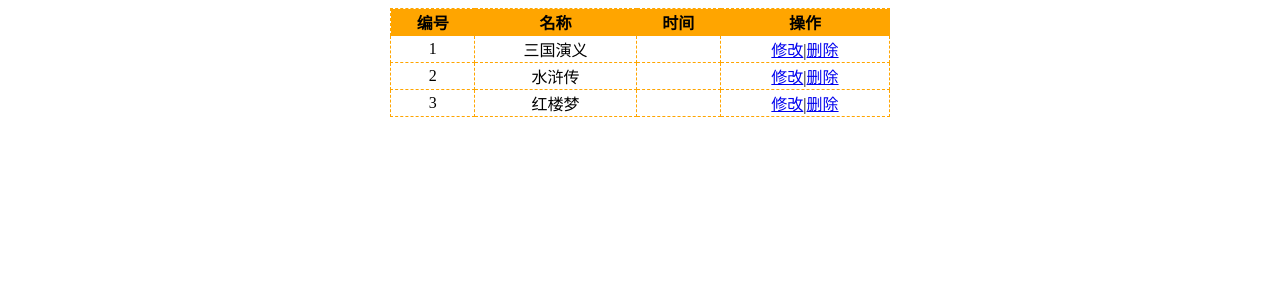
Repository: wjiawei97/FrontEndExercises
Page: 8. book_manegement/index.html
An editor plug-in stored every save of this project. The page is shown before and after the next save, followed by the edit.
The browser window is 1280 px wide. The pictures show the whole page.

Above is the page before, as saved 2021-08-22 12:13:00.

### 8. book_manegement/index.html
<!DOCTYPE html>
<html lang="en">
<head>
    <meta charset="UTF-8">
    <meta http-equiv="X-UA-Compatible" content="IE=edge">
    <meta name="viewport" content="width=device-width, initial-scale=1.0">
    <title>Document</title>
    <style>
        .grid{
            margin: 0 auto;
            width: 500px;
            text-align: center;
        }
        .grid table{
            width: 100%;
            border-collapse: collapse;
        }
        .grid th{
            background-color: orange;

        }
        .grid th,td{
            border: 1px dashed orange;
        }
    </style>
</head>
<body>
    <div id="app">
        <div class="grid">
            <table>
                <thead>
                    <tr>
                        <th>编号</th>
                        <th>名称</th>
                        <th>时间</th>
                        <th>操作</th>
                    </tr>
                </thead>
                <tbody>
                    <tr>
                        <td>1</td>
                        <td>三国演义</td>
                        <td></td>
                        <td><a href="#">修改</a>|<a href="#">删除</a></td>
                    </tr>
                    <tr>
                        <td>2</td>
                        <td>水浒传</td>
                        <td></td>
                        <td><a href="#">修改</a>|<a href="#">删除</a></td>
                    </tr>
                    <tr>
                        <td>3</td>
                        <td>红楼梦</td>
                        <td></td>
                        <td><a href="#">修改</a>|<a href="#">删除</a></td>
                    </tr>
                </tbody>
            </table>
        </div>
    </div>
</body>
</html>

After the next save:
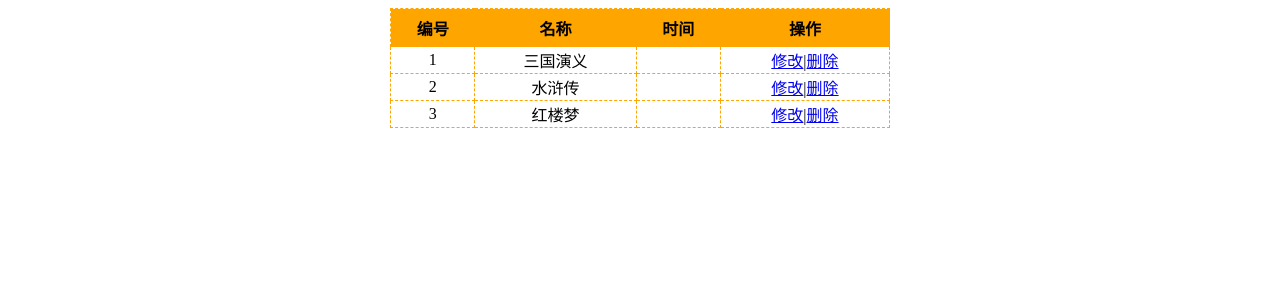
Saved 15 s later.
--- a/8. book_manegement/index.html
+++ b/8. book_manegement/index.html
@@ -17,7 +17,7 @@
         }
         .grid th{
             background-color: orange;
-
+            height: 35px;
         }
         .grid th,td{
             border: 1px dashed orange;
